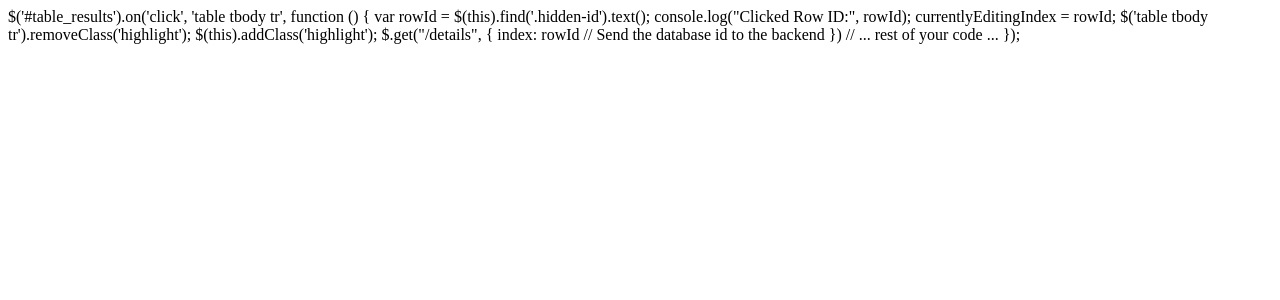
Repository: gyasis/Referral_Bank
Page: dashnote.html
These files come from the project's save history. The page is drawn as it stood at one moment and after the next save; the edit follows.
The browser window is 1280 px wide. The pictures show the whole page.

Above is the page before, as saved 2023-07-25 02:43:02.

### dashnote.html
$('#table_results').on('click', 'table tbody tr', function () { var rowId = $(this).find('.hidden-id').text(); console.log("Clicked Row ID:", rowId); currentlyEditingIndex = rowId; $('table tbody tr').removeClass('highlight'); $(this).addClass('highlight');
$.get("/details", { index: rowId // Send the database id to the backend }) // ... rest of your code ... });

After the next save:
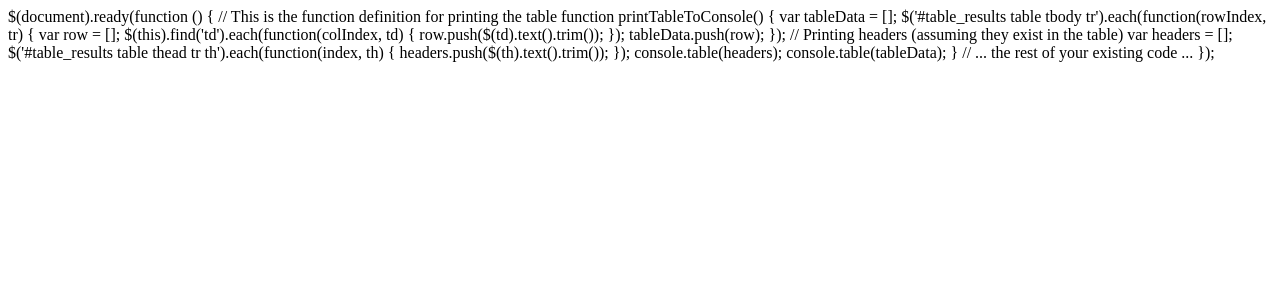
Saved 22 min 52 s later.
--- a/dashnote.html
+++ b/dashnote.html
@@ -1,2 +1,3 @@
-$('#table_results').on('click', 'table tbody tr', function () { var rowId = $(this).find('.hidden-id').text(); console.log("Clicked Row ID:", rowId); currentlyEditingIndex = rowId; $('table tbody tr').removeClass('highlight'); $(this).addClass('highlight');
-$.get("/details", { index: rowId // Send the database id to the backend }) // ... rest of your code ... });
+$(document).ready(function () { // This is the function definition for printing the table function printTableToConsole() { var tableData = []; $('#table_results table tbody tr').each(function(rowIndex, tr) { var row = []; $(this).find('td').each(function(colIndex,
+td) { row.push($(td).text().trim()); }); tableData.push(row); }); // Printing headers (assuming they exist in the table) var headers = []; $('#table_results table thead tr th').each(function(index, th) { headers.push($(th).text().trim()); }); console.table(headers);
+console.table(tableData); } // ... the rest of your existing code ... });
